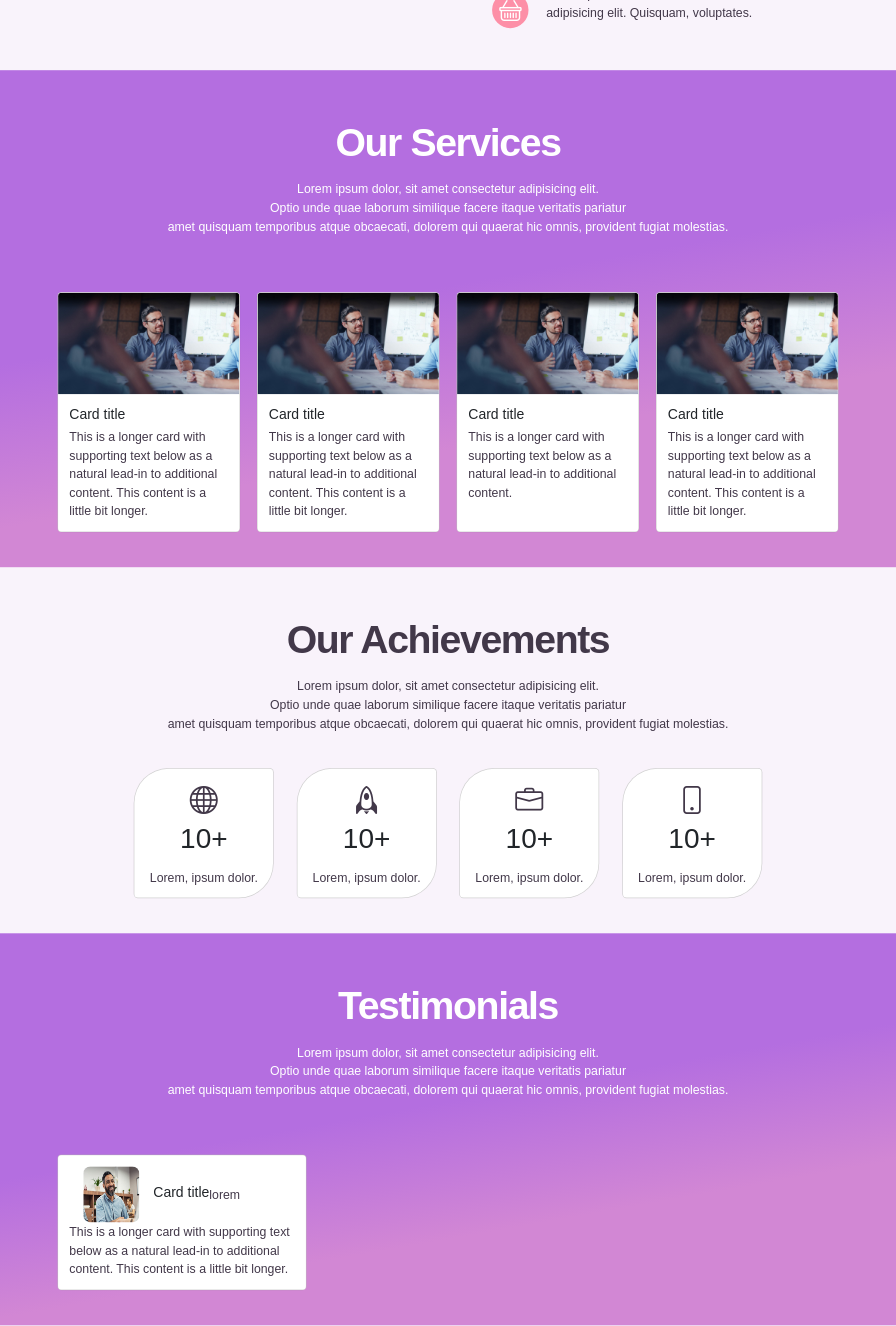
Repository: tagnam/project27012025
Page: index.html
These files come from the project's save history. The page is drawn as it stood at one moment and after the next save; the edit follows.
The browser window is 1280 px wide. The pictures show the part of the page from y = 1315 to 3235 px (the page is 3209 px tall before and 3235 px after), at 70% of full size.

Above is the page before, as saved 2025-01-28 13:07:42.

After the next save:
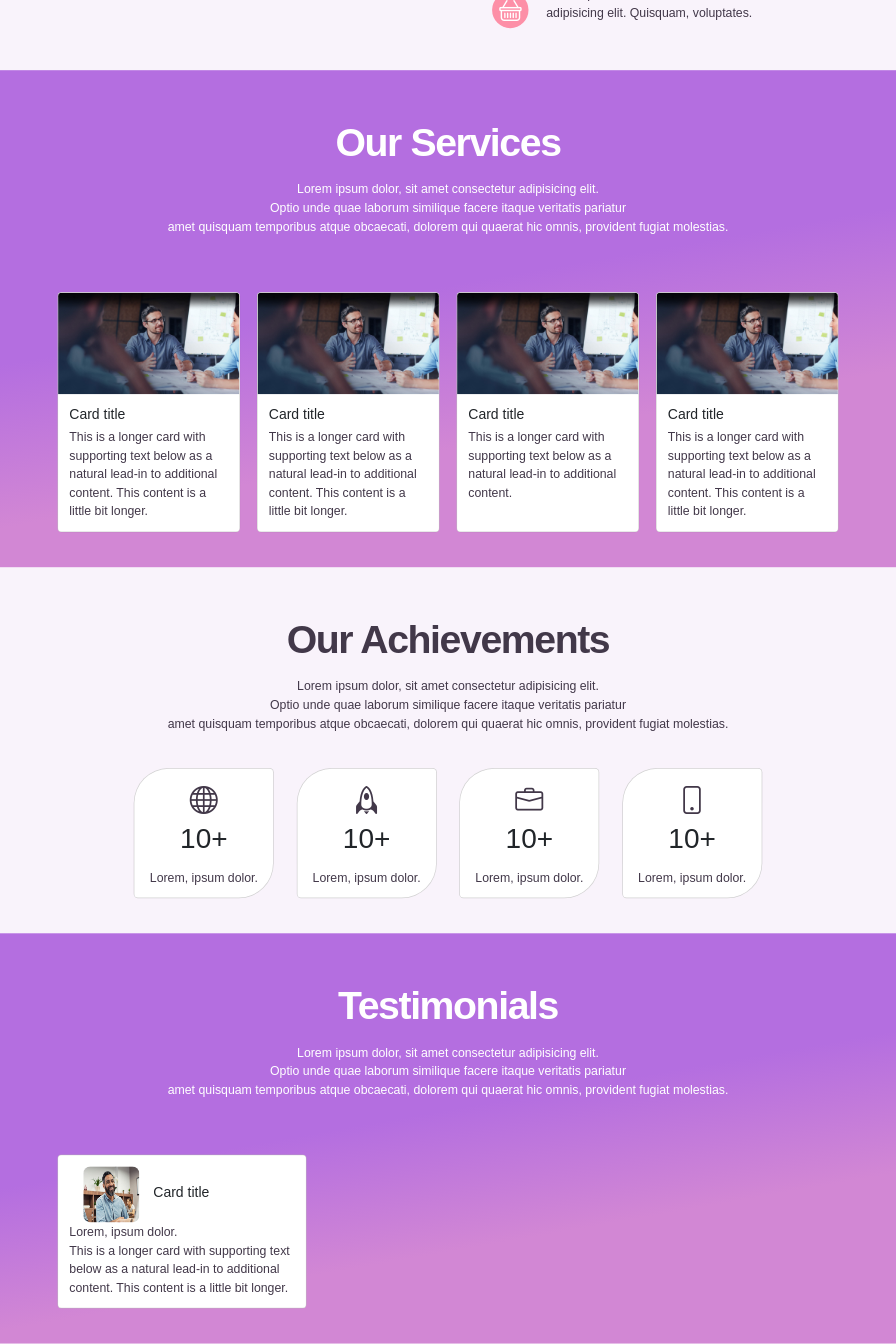
Saved 4 s later.
--- a/index.html
+++ b/index.html
@@ -327,7 +327,7 @@
                                 <div class="img-body">
                                     <img src="image/elearning-08.jpg" class="testimonial-img"  alt="..." />
                                     <h5 class="testimonial-author">Card title</h5>
-                                    <p class="testimonial-text "> lorem</p>
+                                    <p class="testimonial-text "> Lorem, ipsum dolor.</p>
                                 </div>
                                 <p class="card-text">This is a longer card with supporting text below as a natural lead-in to additional content. This content is a little bit longer.</p>
                             </div>

After the save that followed:
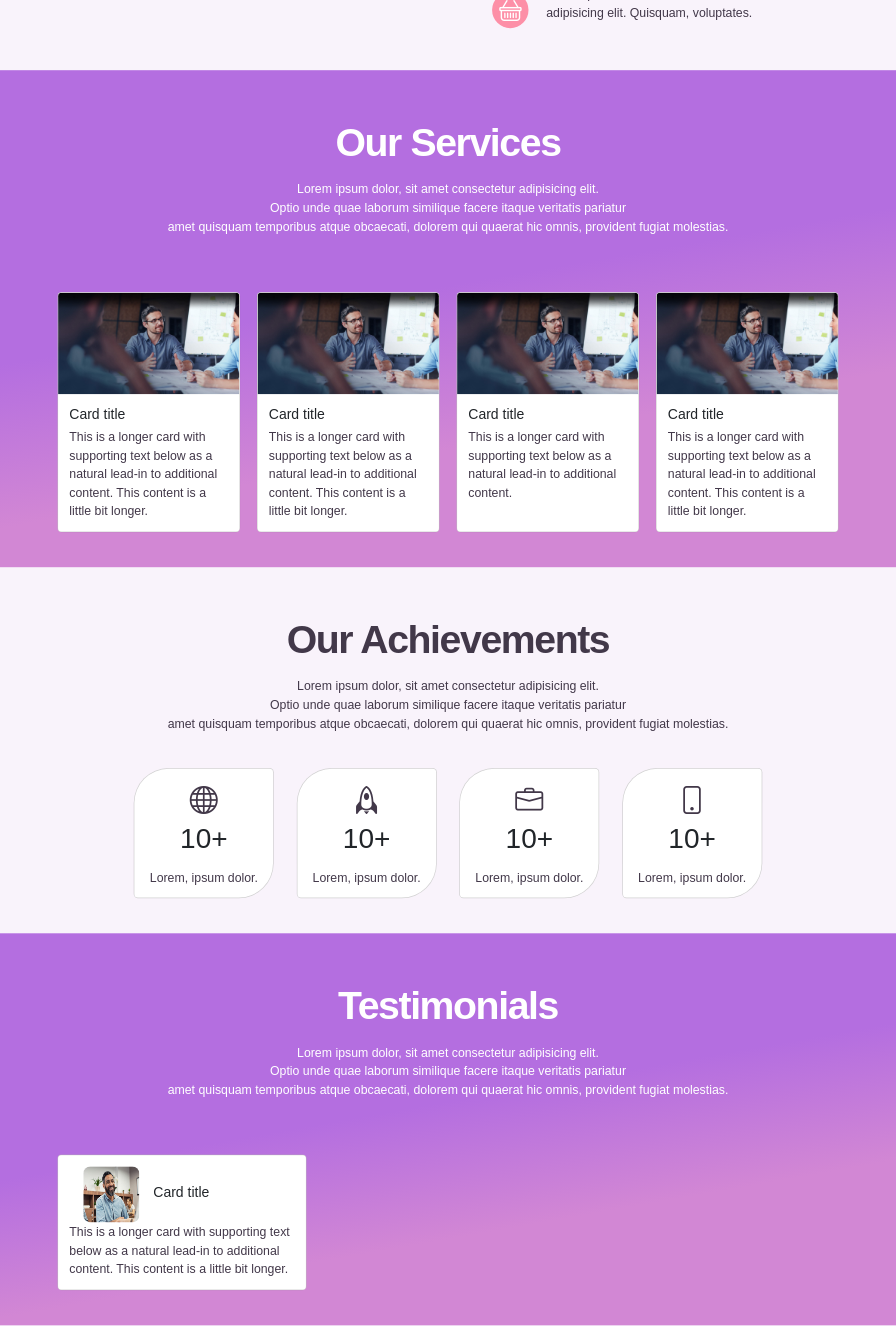
Saved 9 s later.
--- a/index.html
+++ b/index.html
@@ -327,7 +327,7 @@
                                 <div class="img-body">
                                     <img src="image/elearning-08.jpg" class="testimonial-img"  alt="..." />
                                     <h5 class="testimonial-author">Card title</h5>
-                                    <p class="testimonial-text "> Lorem, ipsum dolor.</p>
+
                                 </div>
                                 <p class="card-text">This is a longer card with supporting text below as a natural lead-in to additional content. This content is a little bit longer.</p>
                             </div>
